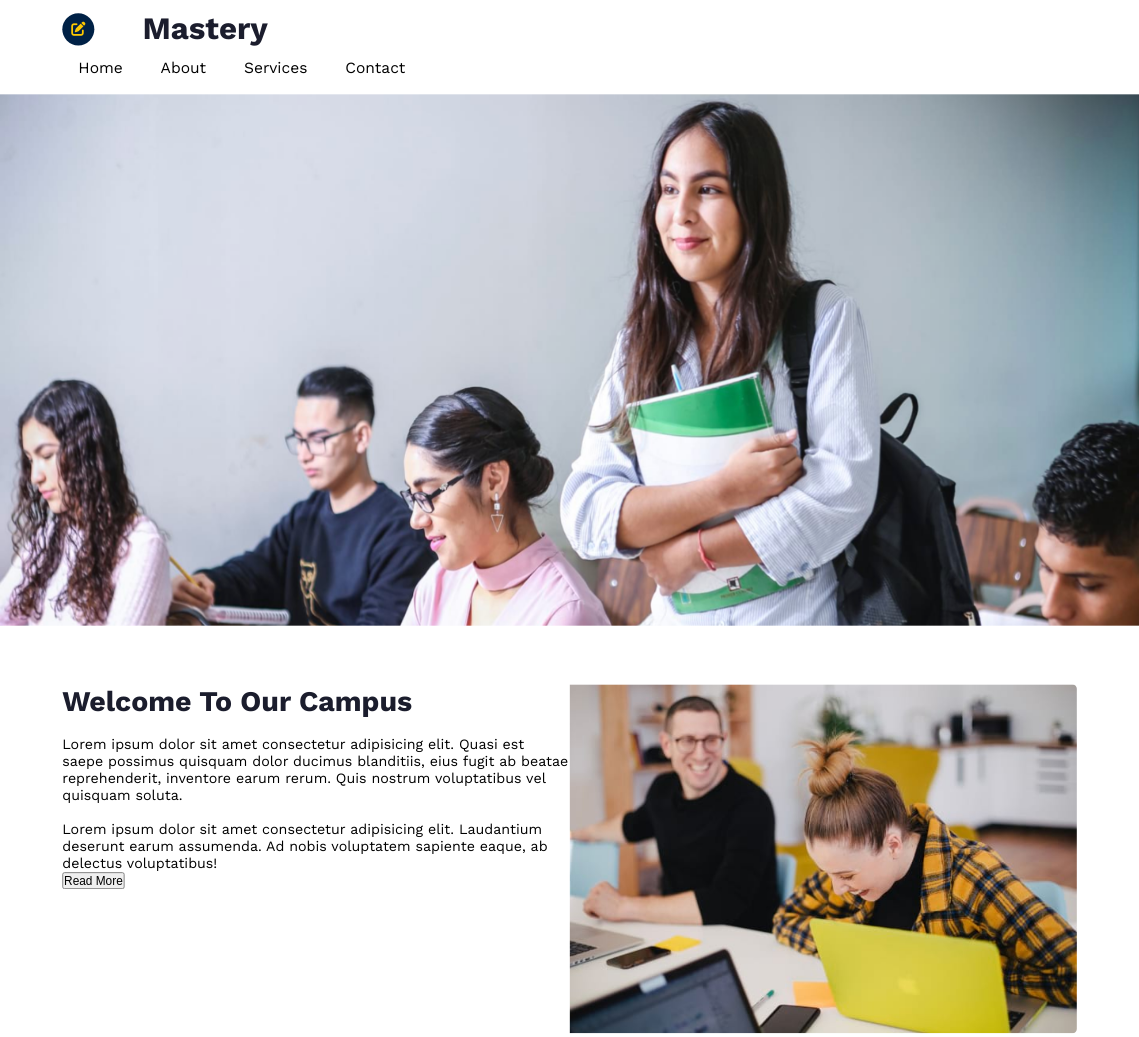
Repository: giahuy405/BC38__Mastery__Pham_Gia_Huy
Page: index.html
An editor plug-in stored every save of this project. The page is shown before and after the next save, followed by the edit.
The browser window is 1280 px wide. The pictures show the whole page, at 89% of full size.

Above is the page before, as saved 2022-09-09 16:45:29.

### index.html
<!DOCTYPE html>
<html lang="en">
<head>
    <meta charset="UTF-8">
    <meta http-equiv="X-UA-Compatible" content="IE=edge">
    <meta name="viewport" content="width=device-width, initial-scale=1.0">
    <title>Document</title>
    <link href="https://fonts.googleapis.com/css2?family=Montserrat:wght@300;400;500;700;900&family=Work+Sans:wght@300;400;500;700&display=swap" rel="stylesheet">
    <link rel="stylesheet" href="https://cdnjs.cloudflare.com/ajax/libs/font-awesome/6.2.0/css/all.min.css">
    <link rel="stylesheet" href="./index.css">
</head>
<body>
    <header>
        <div class="container">
            <i class="fa-solid fa-pen-to-square"></i>
            <div class="header__title">
                <h1>Mastery</h1>
            </div>
        </div>
    </header>
    <nav>
        <div class="container">
            <ul>
                <li><div class="wrapper"><span class="square individual"><a class="ninth before after"  href="#">Home</a></span></div></li>
                <li><div class="wrapper"><span class="square individual"><a class="ninth before after"  href="#">About</a></span></div></li>
                <li><div class="wrapper"><span class="square individual"><a class="ninth before after"  href="#">Services</a></span></div></li>
                <li><div class="wrapper"><span class="square individual"><a class="ninth before after"  href="#">Contact</a></span></div></li>
            </ul>
        </div>
    </nav>
    <div class="carousel">
        <img src="./img/carousel__website.png" alt="">
    </div>
    <div class="welcome container">
        <div class="welcome__content">
            <h1>Welcome To Our Campus</h1>
            <p>Lorem ipsum dolor sit amet consectetur adipisicing elit. Quasi est saepe possimus quisquam dolor ducimus blanditiis, eius fugit ab beatae reprehenderit, inventore earum rerum. Quis nostrum voluptatibus vel quisquam soluta.</p>
            <br>
            <p>Lorem ipsum dolor sit amet consectetur adipisicing elit. Laudantium deserunt earum assumenda. Ad nobis voluptatem sapiente eaque, ab delectus voluptatibus!</p>
            <button>Read More</button>
        </div>
        <div class="welcome__img">
            <img src="./img/g1.jpg" alt="">
        </div>
        <div class="clear"></div>
    </div>


</body>
</html>

### index.css
*{
    padding: 0;
    margin: 0;
    box-sizing: border-box;
}
.clear{
    clear: both;
}
html{
    font-size: 16px;
    font-family: 'Work Sans', sans-serif;
}
.container{
    width: 1140px;
    margin: 0 auto;
}
header{
    position: relative;
    margin-top: 15px;
}
.header__title{
    display: inline-block;
     position: absolute;
     top: -4px;
    left: 160px;
}
.header__title h1{
    font-size: 35px;
    color: #1b1d2d;
}
header i{
    background-color: #002146;
    height: 36px;
    width: 36px;
    border-radius: 50%;
    color: #fdc800;
    text-align: center;
    padding-top: 9px;

}
nav ul{
    list-style: none;
    margin-top: 15px;
    margin-left: 18px;

}
nav li{
    display: inline;
    margin-right: 30px;
}

 /* Hiệu ứng hover cho Nav */
.wrapper{
    margin:2em 0;
    display: inline;
    font-size: 7px;
  }
a,a:visited,a:hover,a:active{
    -webkit-backface-visibility:hidden;
            backface-visibility:hidden;
      position:relative;
    transition:0.5s color ease;
      text-decoration:none;
      color:black;
      font-size:2px;
}
a:hover{
    color:#fdc800;
}
a.before:before,a.after:after{
content: "";
transition:0.5s all ease;
-webkit-backface-visibility:hidden;
        backface-visibility:hidden;
position:absolute;
}
a.before:before{
top:-0.25em;
}
a.after:after{
bottom:-0.25em;
}
a.before:before,a.after:after{
height:5px;
height:0.2rem;
width:0;
background:#fdc800;
}
a.first:after{
left:0;
}
a.second:after{
right:0;
}
a.third:after,a.sixth:before,a.sixth:after{
left:50%;
-webkit-transform:translateX(-50%);
        transform:translateX(-50%);
}
a.fourth:before,a.fourth:after{
left:0;
}
a.fifth:before,a.fifth:after{
right:0;
}
a.seventh:before{
right:0;
}
a.seventh:after{
left:0;
}
a.eigth:before{
left:0;
}
a.eigth:after{
right:0;
}
a.before:hover:before,a.after:hover:after{
width:100%;
}
.square{
box-sizing:border-box;
margin-left:-0.4em;
position:relative;
font-size:2.5em;
overflow:hidden;
}
.square a{
position:static;
font-size:100%;
padding:0.2em 0.4em;
}
.square:before,.square:after{
content: "";
box-sizing:border-box;
transition:0.25s all ease;
-webkit-backface-visibility:hidden;
        backface-visibility:hidden;
position:absolute;
width:5px;
width:0.2rem;
height:0;
background:#fdc800;
}
.square:before{
left:0;
bottom:-0.2em;
}
.square.individual:before{
transition-delay:0.6s;
}
.square:after{
right:0;
top:-0.2em;
}
.square.individual:after{
transition-delay:0.2s;
}
.square a:before{
left:0;
transition:0.25s all ease;
}
.square a:after{
right:0;
transition:0.25s all ease;
}
.square.individual a:after{
transition:0.25s all ease 0.4s;
}
.square:hover:before,.square:hover:after{
height:calc(100% + 0.4em);
}
.square:hover a:before,.square:hover a:after{
width:100%;
}
.carousel{
    width: 100%;
    margin-top: 20px;
}
.carousel img{
max-width: 100%;
height: 597px;
}
.welcome{
    margin-top: 62px;
}
.welcome__content h1{
    margin-bottom: 20px;
    color: #1b1d2d;
}
.welcome__content,.welcome__img{
    width: 50%;
    float: left;
}
.welcome__img img{
    width: 100%;
    border-top-right-radius: 5px;
    border-bottom-right-radius: 5px;
}

After the next save:
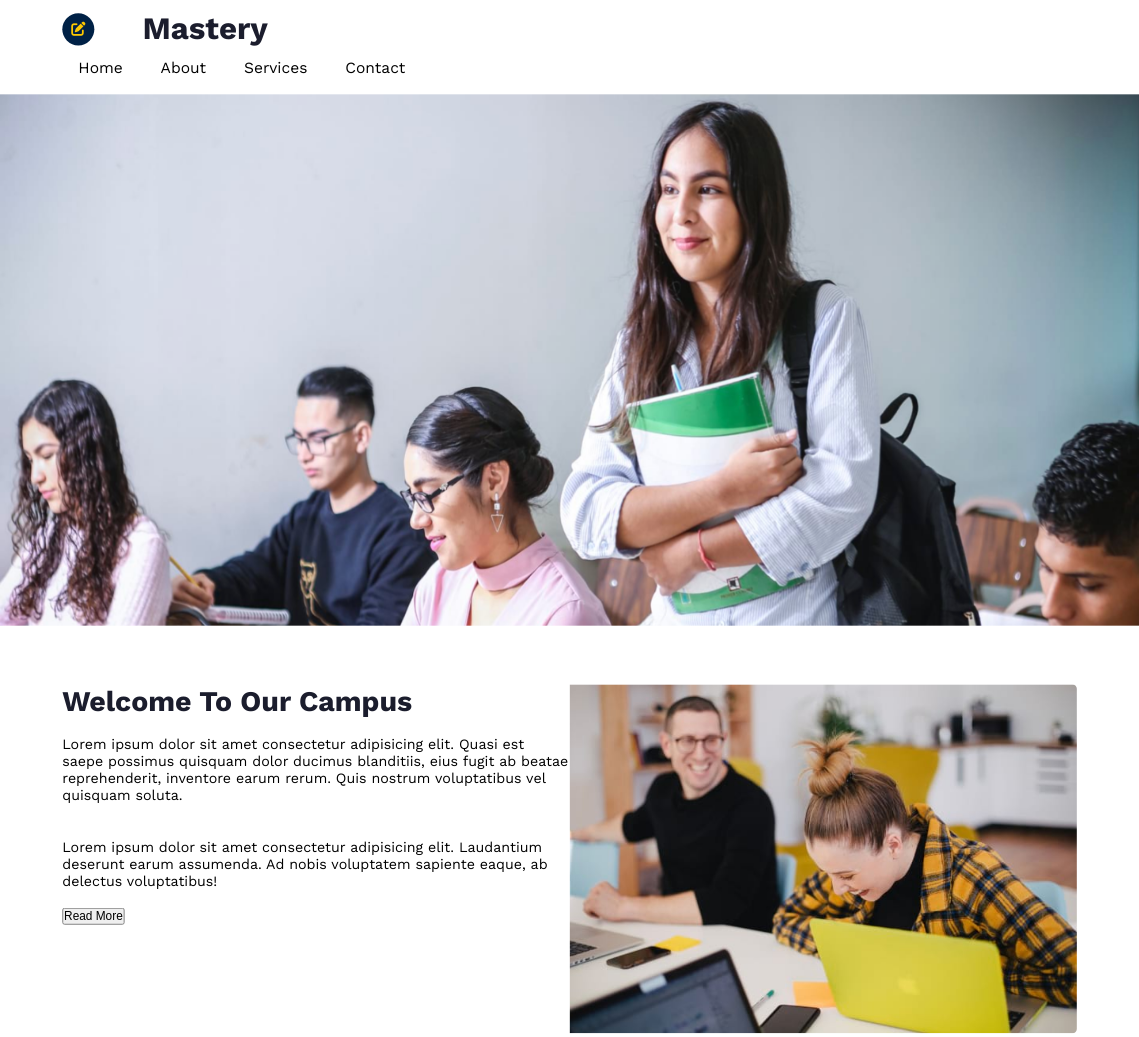
Saved 48 s later.
--- a/index.css
+++ b/index.css
@@ -188,6 +188,9 @@ height: 597px;
     margin-bottom: 20px;
     color: #1b1d2d;
 }
+.welcome__content p{
+    margin-bottom: 20px;
+}
 .welcome__content,.welcome__img{
     width: 50%;
     float: left;
